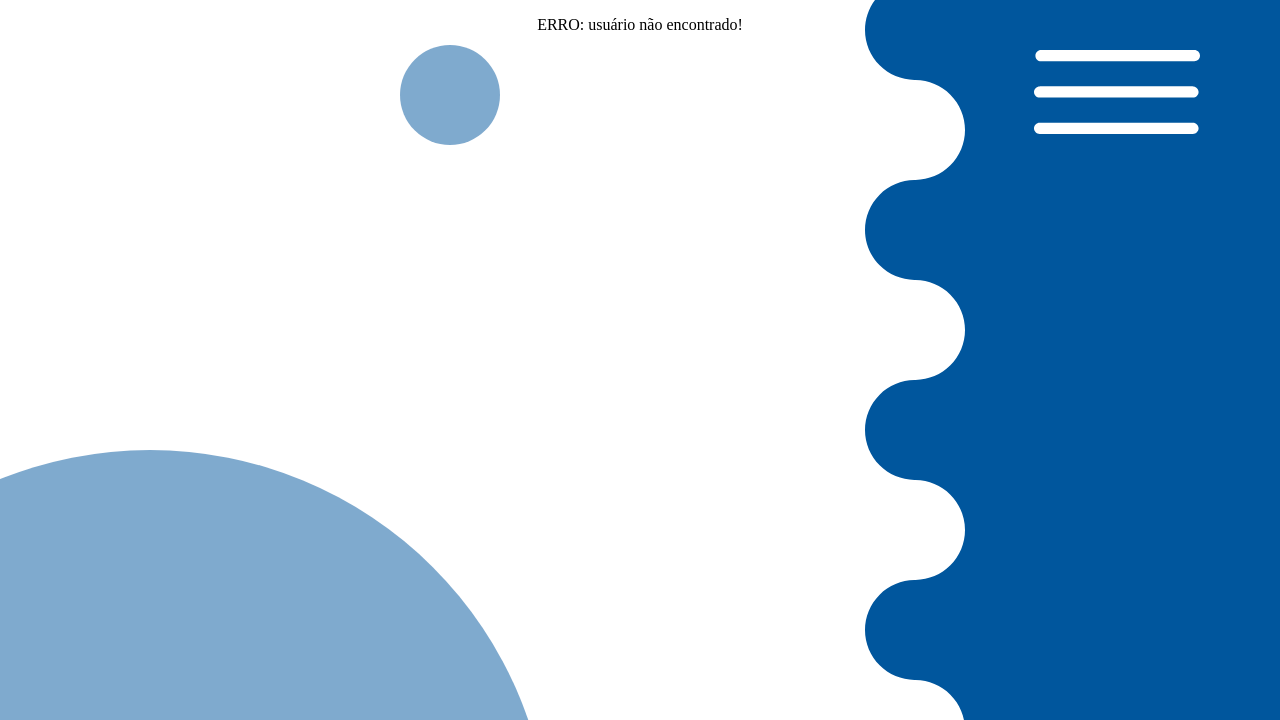
Repository: ArtMainardi/projeto-ctw-front
Page: usuario/usuario.html
These files come from the project's save history. The page is drawn as it stood at one moment and after the next save; the edit follows.
The browser window is 1280 px wide. The pictures show the whole page.
The page's requests for data from a server got no answer.

Above is the page before, as saved 2026-06-15 19:18:59.

After the next save:
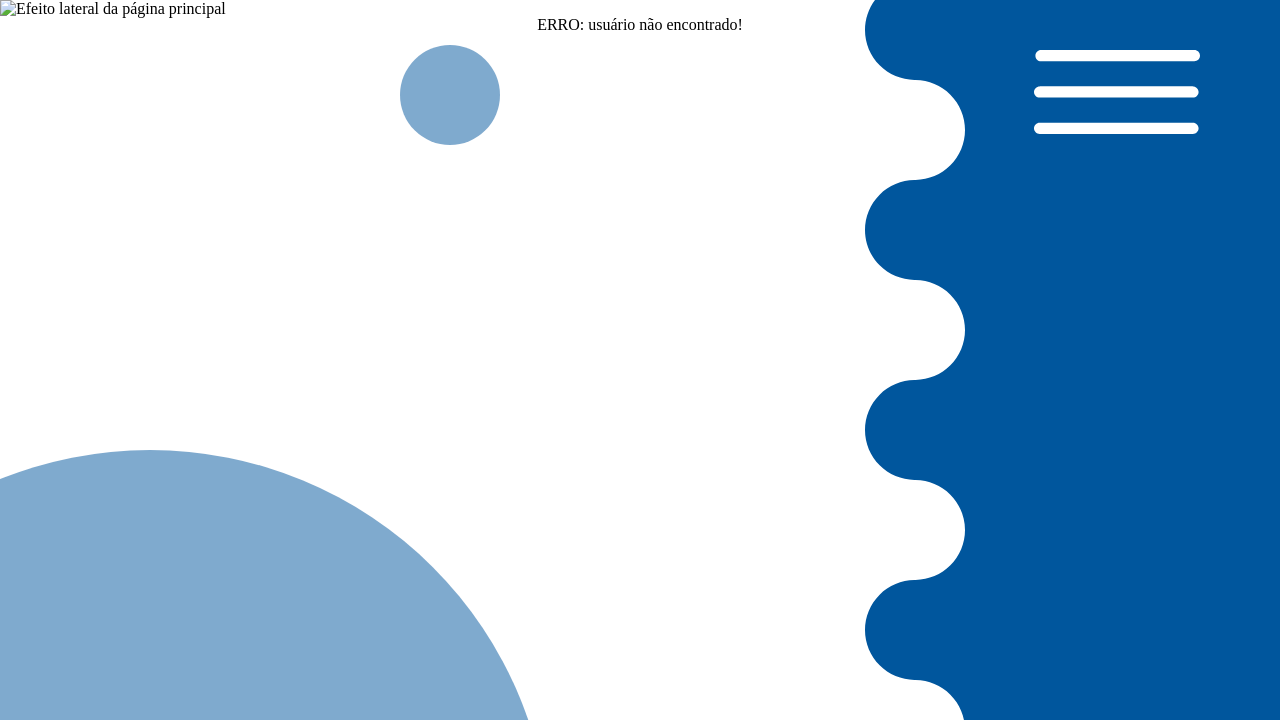
Not found: usuario/images/efeito-lateral.svg
Saved 75 s later.
--- a/usuario/usuario.html
+++ b/usuario/usuario.html
@@ -16,6 +16,11 @@
         <div class="bola" id="bola2"></div>
         <div class="bola" id="bola3"></div>
         <div class="bola" id="bola4"></div>
+    </div>
+
+    <div class="container-barras-laterais">
+        <img src="images/efeito-lateral.svg" alt="Efeito lateral da página principal" id="barra-lateral1">
+        <img src="images/efeito-lateral.svg" alt="Efeito lateral da página principal" id="barra-lateral2">
     </div>
 
      <div class="container-menu-lateral">
